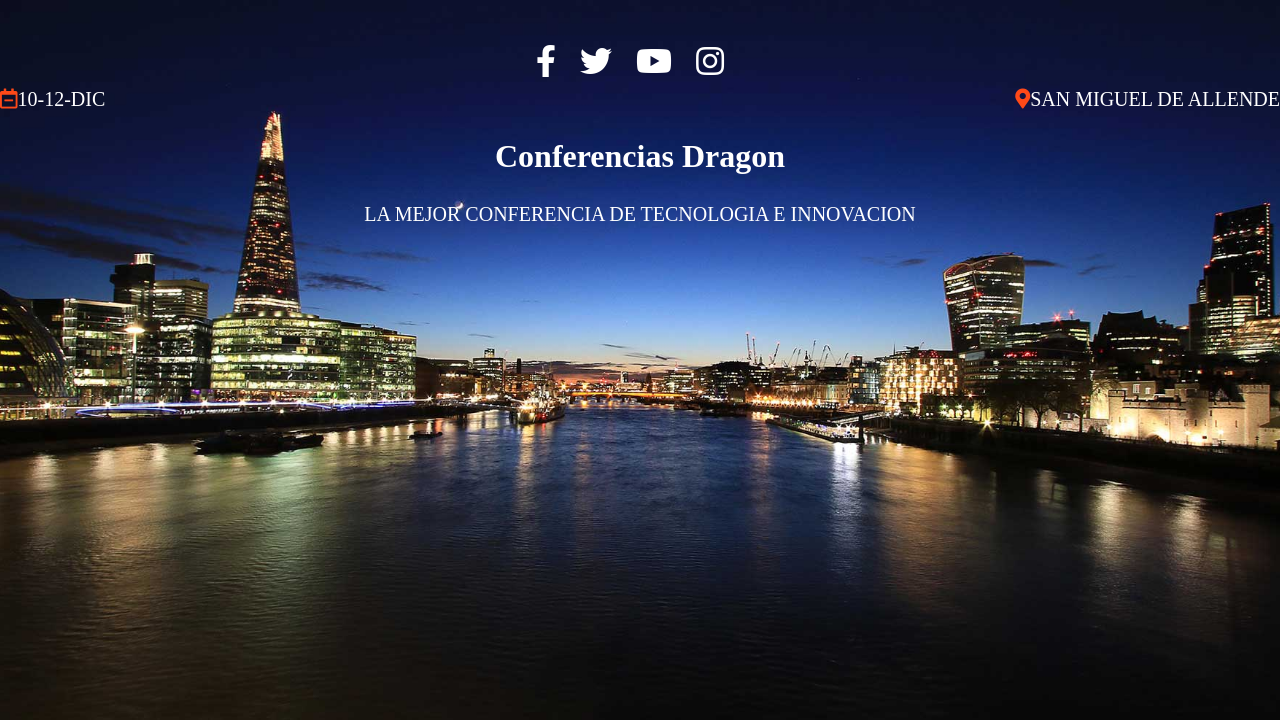
Repository: edgarhdzp/pagina-conferencias-reservaciones
Page: index.html
The author's editor kept a copy of each file at every save. The page is drawn from the files as they stood at one save, then again after the next save.
The browser window is 1280 px wide. The pictures show the whole page.

Above is the page before, as saved 2020-06-16 20:54:32.

### index.html
<!doctype html>
<html class="no-js" lang="">

<head>
    <meta charset="utf-8">
    <title>CONFERENCIAS</title>
    <meta name="description" content="">
    <meta name="viewport" content="width=device-width, initial-scale=1">

    <meta property="og:title" content="">
    <meta property="og:type" content="">
    <meta property="og:url" content="">
    <meta property="og:image" content="">

    <link rel="manifest" href="site.webmanifest">
    <link rel="apple-touch-icon" href="icon.png">
    <!-- Place favicon.ico in the root directory -->

    <link rel="stylesheet" href="css/normalize.css">
    <link rel="stylesheet" href="css/fontawesome.min.css">
    <link rel="stylesheet" href="css/all.min.css">
    <link rel="stylesheet" href="css/main.css">

    <meta name="theme-color" content="#fafafa">
</head>

<body>


    <header class="site-header">
        <div class="hero">
            <div class="contenido-header">
                <nav class="redes-sociales">
                    <a href="·"><i class="fab fa-facebook-f"></i></a>
                    <a href="·"><i class="fab fa-twitter"></i></a>
                    <a href="·"><i class="fab fa-youtube"></i></a>
                    <a href="·"><i class="fab fa-instagram"></i></a>
                </nav>
                <div class="informacion-evento">
                    <div class="clearfix">
                        <p class="fecha"><i class="far fa-calendar-minus"></i>10-12-Dic</p>
                        <p class="ciudad"><i class="fas fa-map-marker-alt"></i>San Miguel de Allende</p>
                    </div>
                    <h1 class="nombre-sitio">Conferencias Dragon</h1>
                    <p class="slogan">La mejor conferencia de <span>Tecnologia e Innovacion</span></p>
                </div>
            </div>
        </div>
    </header>

    <script src="js/vendor/modernizr-3.11.2.min.js"></script>
    <script src="js/plugins.js"></script>
    <script src="js/main.js"></script>

    <!-- Google Analytics: change UA-XXXXX-Y to be your site's ID. -->
    <script>
        window.ga = function() {
            ga.q.push(arguments)
        };
        ga.q = [];
        ga.l = +new Date;
        ga('create', 'UA-XXXXX-Y', 'auto');
        ga('set', 'anonymizeIp', true);
        ga('set', 'transport', 'beacon');
        ga('send', 'pageview')
    </script>
    <script src="https://www.google-analytics.com/analytics.js" async></script>
</body>

</html>

### css/main.css
/*! HTML5 Boilerplate v8.0.0 | MIT License | https://html5boilerplate.com/ */


/* main.css 2.1.0 | MIT License | https://github.com/h5bp/main.css#readme */


/*
 * What follows is the result of much research on cross-browser styling.
 * Credit left inline and big thanks to Nicolas Gallagher, Jonathan Neal,
 * Kroc Camen, and the H5BP dev community and team.
 */


/* ==========================================================================
   Base styles: opinionated defaults
   ========================================================================== */

html {
    color: #222;
    font-size: 1em;
    line-height: 1.4;
}


/*
 * Remove text-shadow in selection highlight:
 * https://twitter.com/miketaylr/status/12228805301
 *
 * Vendor-prefixed and regular ::selection selectors cannot be combined:
 * https://stackoverflow.com/a/16982510/7133471
 *
 * Customize the background color to match your design.
 */

::-moz-selection {
    background: #b3d4fc;
    text-shadow: none;
}

::selection {
    background: #b3d4fc;
    text-shadow: none;
}


/*
 * A better looking default horizontal rule
 */

hr {
    display: block;
    height: 1px;
    border: 0;
    border-top: 1px solid #ccc;
    margin: 1em 0;
    padding: 0;
}


/*
 * Remove the gap between audio, canvas, iframes,
 * images, videos and the bottom of their containers:
 * https://github.com/h5bp/html5-boilerplate/issues/440
 */

audio,
canvas,
iframe,
img,
svg,
video {
    vertical-align: middle;
}


/*
 * Remove default fieldset styles.
 */

fieldset {
    border: 0;
    margin: 0;
    padding: 0;
}


/*
 * Allow only vertical resizing of textareas.
 */

textarea {
    resize: vertical;
}


/* ==========================================================================
   Author's custom styles
   ========================================================================== */

html {
    box-sizing: border-box;
}

*,
*:before,
*:after {
    box-sizing: inherit;
}

body {
    background-color: #f2f2f2;
}


/*header*/

div.hero {
    background-image: url(../img/encabezado.jpg);
    height: 100vh;
    background-position: top center;
    background-size: cover;
}

div.contenido-header {
    padding-top: 40px;
}

nav.redes-sociales {
    text-align: center;
}

nav.redes-sociales a {
    color: #ffffff;
    font-size: 2em;
    margin-right: 20px;
}

nav.redes-sociales a :last-child {
    margin-right: 0;
}

div.informacion-evento {
    text-align: center;
    color: #fff;
}

div.informacion-evento p {
    margin: 0;
    display: inline;
    font-size: 20px;
    text-transform: uppercase;
}

div.informacion-evento p i {
    color: #fe4918;
}

p.fecha {
    float: left;
}

p.ciudad {
    float: right;
}


/* ==========================================================================
   Helper classes
   ========================================================================== */


/*
 * Hide visually and from screen readers
 */

.hidden,
[hidden] {
    display: none !important;
}


/*
 * Hide only visually, but have it available for screen readers:
 * https://snook.ca/archives/html_and_css/hiding-content-for-accessibility
 *
 * 1. For long content, line feeds are not interpreted as spaces and small width
 *    causes content to wrap 1 word per line:
 *    https://medium.com/@jessebeach/beware-smushed-off-screen-accessible-text-5952a4c2cbfe
 */

.sr-only {
    border: 0;
    clip: rect(0, 0, 0, 0);
    height: 1px;
    margin: -1px;
    overflow: hidden;
    padding: 0;
    position: absolute;
    white-space: nowrap;
    width: 1px;
    /* 1 */
}


/*
 * Extends the .sr-only class to allow the element
 * to be focusable when navigated to via the keyboard:
 * https://www.drupal.org/node/897638
 */

.sr-only.focusable:active,
.sr-only.focusable:focus {
    clip: auto;
    height: auto;
    margin: 0;
    overflow: visible;
    position: static;
    white-space: inherit;
    width: auto;
}


/*
 * Hide visually and from screen readers, but maintain layout
 */

.invisible {
    visibility: hidden;
}


/*
 * Clearfix: contain floats
 *
 * For modern browsers
 * 1. The space content is one way to avoid an Opera bug when the
 *    `contenteditable` attribute is included anywhere else in the document.
 *    Otherwise it causes space to appear at the top and bottom of elements
 *    that receive the `clearfix` class.
 * 2. The use of `table` rather than `block` is only necessary if using
 *    `:before` to contain the top-margins of child elements.
 */

.clearfix::before,
.clearfix::after {
    content: " ";
    display: table;
}

.clearfix::after {
    clear: both;
}


/* ==========================================================================
   EXAMPLE Media Queries for Responsive Design.
   These examples override the primary ('mobile first') styles.
   Modify as content requires.
   ========================================================================== */

@media only screen and (min-width: 35em) {
    /* Style adjustments for viewports that meet the condition */
}

@media print,
(-webkit-min-device-pixel-ratio: 1.25),
(min-resolution: 1.25dppx),
(min-resolution: 120dpi) {
    /* Style adjustments for high resolution devices */
}


/* ==========================================================================
   Print styles.
   Inlined to avoid the additional HTTP request:
   https://www.phpied.com/delay-loading-your-print-css/
   ========================================================================== */

@media print {
    *,
    *::before,
    *::after {
        background: #fff !important;
        color: #000 !important;
        /* Black prints faster */
        box-shadow: none !important;
        text-shadow: none !important;
    }
    a,
    a:visited {
        text-decoration: underline;
    }
    a[href]::after {
        content: " (" attr(href) ")";
    }
    abbr[title]::after {
        content: " (" attr(title) ")";
    }
    /*
   * Don't show links that are fragment identifiers,
   * or use the `javascript:` pseudo protocol
   */
    a[href^="#"]::after,
    a[href^="javascript:"]::after {
        content: "";
    }
    pre {
        white-space: pre-wrap !important;
    }
    pre,
    blockquote {
        border: 1px solid #999;
        page-break-inside: avoid;
    }
    /*
   * Printing Tables:
   * https://web.archive.org/web/20180815150934/http://css-discuss.incutio.com/wiki/Printing_Tables
   */
    thead {
        display: table-header-group;
    }
    tr,
    img {
        page-break-inside: avoid;
    }
    p,
    h2,
    h3 {
        orphans: 3;
        widows: 3;
    }
    h2,
    h3 {
        page-break-after: avoid;
    }
}

### js/plugins.js
// Avoid `console` errors in browsers that lack a console.
(function() {
  var method;
  var noop = function () {};
  var methods = [
    'assert', 'clear', 'count', 'debug', 'dir', 'dirxml', 'error',
    'exception', 'group', 'groupCollapsed', 'groupEnd', 'info', 'log',
    'markTimeline', 'profile', 'profileEnd', 'table', 'time', 'timeEnd',
    'timeline', 'timelineEnd', 'timeStamp', 'trace', 'warn'
  ];
  var length = methods.length;
  var console = (window.console = window.console || {});

  while (length--) {
    method = methods[length];

    // Only stub undefined methods.
    if (!console[method]) {
      console[method] = noop;
    }
  }
}());

// Place any jQuery/helper plugins in here.

Loaded but not shown: css/normalize.css (library); css/fontawesome.min.css (library); css/all.min.css (library); js/vendor/modernizr-3.11.2.min.js (library); js/main.js (no stored copy; drawn as an empty file)

After the next save:
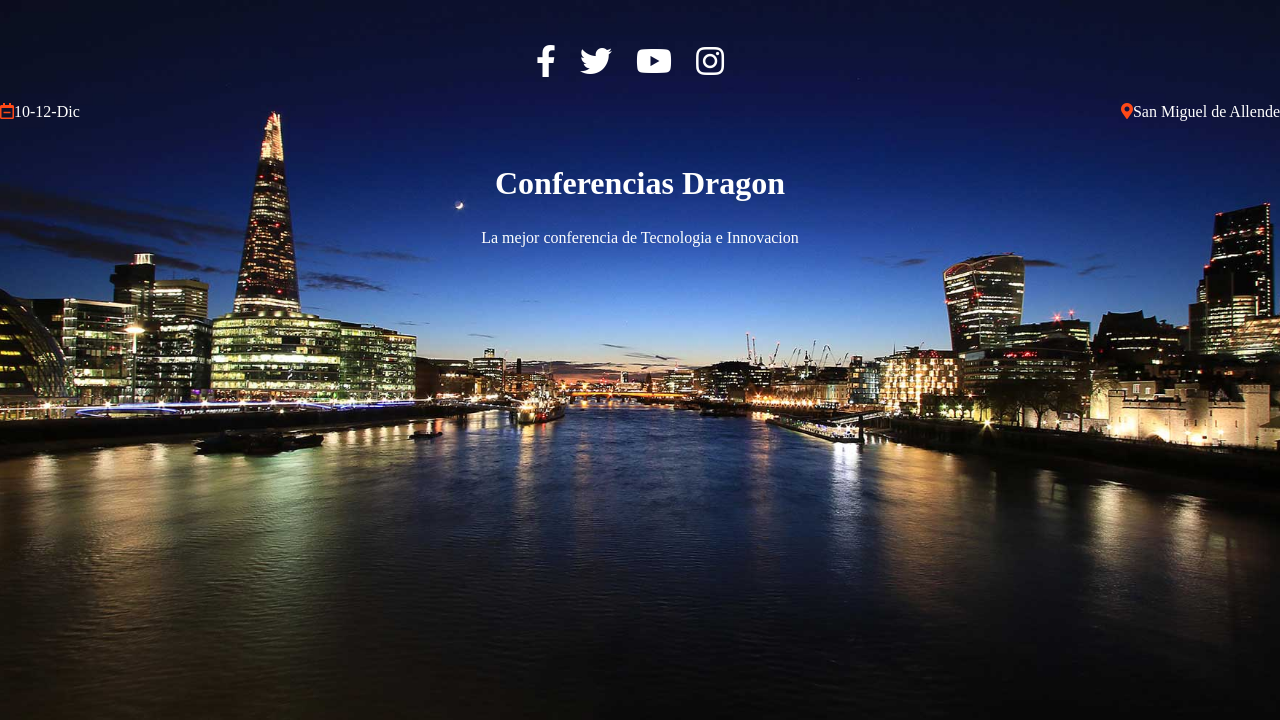
Saved 3 min 44 s later.
--- a/css/main.css
+++ b/css/main.css
@@ -144,7 +144,7 @@
     color: #fff;
 }
 
-div.informacion-evento p {
+@media div.informacion-evento p {
     margin: 0;
     display: inline;
     font-size: 20px;
